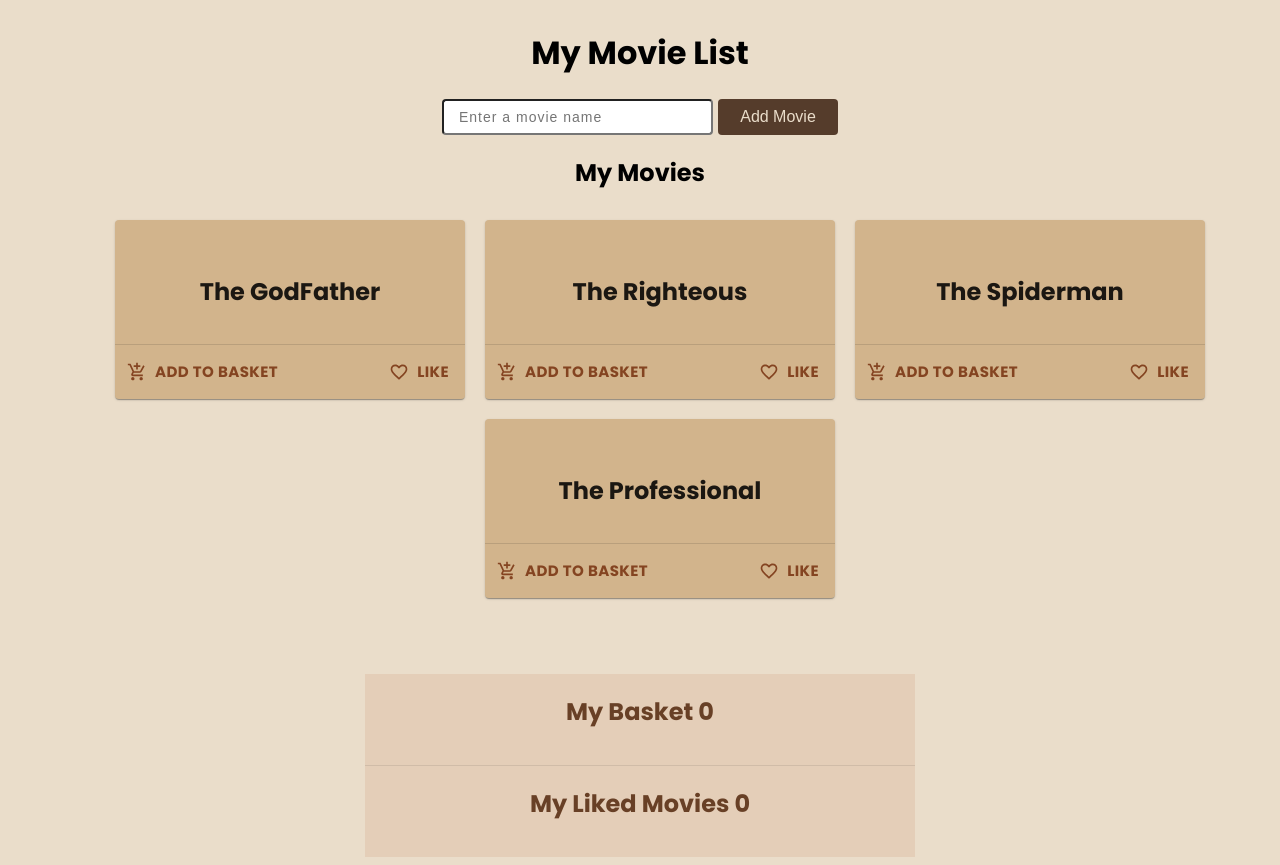
Repository: sinchana-p-iVoyant/redux-movie-store
Page: /
The author's editor kept a copy of each file at every save. The page is drawn from the files as they stood at one save, then again after the next save.
The browser window is 1280 px wide. The pictures show the whole page.
The project was rebuilt for these pictures with package versions that can differ from the ones it lists, and the page was loaded fresh each time. Also part of the build but not shown: vite.config.ts.

Above is the page before, as saved 2024-02-15 13:29:37.

### index.html
<!doctype html>
<html lang="en">
  <head>
    <meta charset="UTF-8" />
    <link rel="icon" type="image/svg+xml" href="/vite.svg" />
    <meta name="viewport" content="width=device-width, initial-scale=1.0" />
    <title>Redux Movie Store</title>
  </head>
  <body>
    <div id="root"></div>
    <script type="module" src="/src/main.tsx"></script>
  </body>
</html>

### src/main.tsx
import React from 'react'
import ReactDOM from 'react-dom/client'
import App from './App.tsx'
// import './index.css'
import store from './store/index';
import { Provider } from 'react-redux'


ReactDOM.createRoot(document.getElementById('root')!).render(
  <React.StrictMode>
    <Provider store={store}>
      <App />
    </Provider>
  </React.StrictMode>,
)

### src/App.tsx
import { useState } from "react";
// import './App.css'
import { useSelector, useDispatch } from "react-redux";
import {Movie} from './store/index'
import {Card, CardComponent, CardActions, Button, Typography, CardContent} from '@mui/material'
import { Favorite, FavoriteBorder, AddShoppingCart, RemoveShoppingCart } from "@mui/icons-material";
import './App.css'

const App = () => {
  const [movieTitle, setMovieTitle] = useState("");

  // 🔥 a. To Trigger from UI.
  const dispatch = useDispatch();

  // 🔥 b. To update the UI, based on state updates in the store.

  // movies state (array)
  // const movies = useSelector(state => state.movies)
  // ------> return value: state.movies

  // Note:
  // The function passed to `useSelector` selects a slice of the state that we are interested in.
  // The function parameter specifies the `structure` of the Redux state object.
  // It's `type` annotated in TypeScript to ensure the type safety.
  // specifying the structure of the Redux state object using TypeScript type annotations enhances code quality, readability, and maintainability while providing additional safety checks and tooling support during development.

  const movies = useSelector(
    (state : {
      movies: { title: string; liked: boolean; inBasket: boolean }[];
    }) => state.movies
  );

  // const basket = useSelector((state) => state.basket);
  const basket = useSelector((state: { basket: string[] }) => state.basket);

  // const likedMovies = useSelector((state) => state.likedMovies);
  const likedMovies = useSelector((state: { likedMovies: string[] }) => state.likedMovies);


  // 4. Action Creator
  const handleAddMovie = () => {
    const newMovie = {
      title: movieTitle,
      inBasket: false,
      liked: false
    }
    dispatch({ type: "ADD_MOVIE", payload: newMovie });
    setMovieTitle(""); // Reset back to Empty String
  };

  const handleAddToBasket = (movie: string) => {
    dispatch({ type: "ADD_TO_BASKET", payload: movie });
  };
  const handleAddToLikedMovies = (movie: string) => {
    dispatch({ type: "ADD_TO_LIKED_MOVIE", payload: movie });
  };

  return (
    <div className="container">
      <div>
        <h1>My Movie List</h1>
      </div>
      <div className="add-movie">
        <input
          type="text"
          placeholder="Enter a movie name"
          value={movieTitle}
          onChange={(e) => setMovieTitle(e.target.value)}
        />
        <button className="input-btn" onClick={handleAddMovie}>Add Movie</button>
      </div>
      <div>
        <h2>My Movies</h2>
        <ul className="movie-list">
          {movies.map((movie: Movie, index) => (
            <Card key={index} className="movie-card" style={{backgroundColor: "#D2B48C"}}>
              <CardContent>
                <Typography variant="h5" component='h2' style={{ fontWeight: 'bold', fontFamily: 'Poppins, sans-serif', marginTop: '40px' }}>
                  {movie.title}
                </Typography>
              </CardContent>

              <CardActions className="card-actions">
                <Button
                  style={{ color: '#844421', fontSize: '15px', fontWeight: 'bold', fontFamily: 'Poppins, sans-serif' }}
                  startIcon={movie.inBasket ? <RemoveShoppingCart /> : <AddShoppingCart />}
                  onClick={() => handleAddToBasket(movie.title)}>
                  {movie.inBasket ? "Remove From Basket" : "Add To Basket"}
                </Button>
                <Button
                  style={{ color: '#844421', fontSize: '15px', fontWeight: 'bold', fontFamily: 'Poppins, sans-serif' }}
                  startIcon={movie.liked ? <Favorite /> : <FavoriteBorder />}
                  onClick={() => handleAddToLikedMovies(movie.title)}>
                  {movie.liked ? "Dislike" : "Like"}
                </Button>
              </CardActions>

            </Card>
          ))}
        </ul>
      </div>
      <div className="basket-container">
        <h2>My Basket {basket.length}</h2>
        <ul className="basket-container-list">
          {basket.map((basket, index) => (
            <li key={index}>{basket}</li>
          ))}
        </ul>
      </div>
      <div className="liked-container">
        <h2>My Liked Movies {likedMovies.length}</h2>
        <ul className="liked-container-list">
          {likedMovies.map((likedMovie, index) => (
            <li key={index}>{likedMovie}</li>
          ))}
        </ul>
      </div>
    </div>
  );
};

export default App;

// 1. Save the new movie in the local state.
// 2. Add the new movie in local state to the Store.
// 3. Fetch the movies array, from the store

// 3. a. To display in - My Basket & My Liked Movies

### src/store/index.tsx
import { createStore } from "redux";

export type Movie = {
    title: string,
    inBasket: boolean,
    liked: boolean
}

export type State = {
    movies: Movie[],
    basket: string[],
    likedMovies: string[]
}

type Action =
  | { type: "ADD_MOVIE"; payload: Movie } |
    { type: 'ADD_TO_BASKET', payload: string } |
    { type: "ADD_TO_LIKED_MOVIE", payload: string };

// InitialState
const initialState: State = {
    movies: [
      {title: 'The GodFather', inBasket: false, liked: false},
      {title: 'The Righteous', inBasket: false, liked: false},
      {title: 'The Spiderman', inBasket: false, liked: false},
      {title: 'The Professional', inBasket: false, liked: false},
    ],
    basket: [],
    likedMovies: []
}

// Reducers - Make Immutable Updates
const reducer = (state: State = initialState, action: Action): State => {
  switch (action.type) {
    case 'ADD_MOVIE':
      return {
        ...state,
        movies: [...state.movies, action.payload]
      }
    case 'ADD_TO_BASKET':
      return {
        ...state,
          movies: state.movies.map(movie => movie.title === action.payload ? {...movie, inBasket: !movie.inBasket } : movie),
        basket: state.basket.includes(action.payload) ? state.basket.filter(movie => movie !== action.payload) : [...state.basket, action.payload]
      }
    case 'ADD_TO_LIKED_MOVIE':
      return {
        ...state,
        movies: state.movies.map(movie => movie.title === action.payload ? {...movie, liked: !movie.liked} : movie) ,
        likedMovies: state.likedMovies.includes(action.payload) ? state.likedMovies.filter(movie => movie !== action.payload) :  [...state.likedMovies, action.payload]
      }
    default:
      return state
  }
}

// Store
const store = createStore(reducer)
export default store

// 1. State
// 2. Reducer
// 3. Store

### src/App.css
@import url('https://fonts.googleapis.com/css2?family=Poppins:ital,wght@0,100;0,200;0,300;0,400;0,500;0,600;0,700;0,800;0,900;1,100;1,200;1,300;1,400;1,500;1,600;1,700;1,800;1,900&display=swap');

body {
  background-color: #EADDCA;
  font-family: "Poppins", sans-serif;
}

h1, h2{
  text-align: center;
}

.container {
  display: flex;
  flex-direction: column;
  align-items: center;
  justify-content: center;
}

.movie-list {
  display: flex;
  flex-wrap: wrap;
  justify-content: center;
}

.movie-card {
  width: 350px;
  margin: 10px;
}

.card-content {
  padding: 16px;
  font-family: "Poppins", sans-serif;
}

.card-actions {
  margin-top: 20px;
  border-top: 1px solid rgba(0, 0, 0, 0.119);
  display: flex;
  justify-content: space-between;
}

/* .btn {
  color: black;
  font-size: 15px;
  font-weight: bold;
} */
.buttonHover:hover {
  background-color: #e0e0e0;
}

/* --- */

input {
  height: 30px;
  width: 250px;
  padding-left: 15px;
  font-size: 14px;
  letter-spacing: 1px;
  border-radius: 4px;
}

.input-btn{
  height: 36px;
  width: 120px;
  font-size: 16px;
  background-color: #553c2b;
  border: none;
  color: #EADDCA;
  margin-left: 5px;
  border-radius: 4px;

}

.input-btn:hover{
  background-color: #ad9a82;
  color: #261509 ;

}

/* ------------------- */

.basket-container {
  margin-top: 50px;
}

.basket-container, .liked-container {
  background-color: #c2805c2a;
  width: 550px;
  /* text-align: center; */
}

.basket-container>h2, .liked-container>h2 {
  color: rgb(104, 64, 38);
}

.basket-container {
  border-bottom: 1px solid rgba(0, 0, 0, 0.085);
}

.basket-container-list, .liked-container-list {
  /* text-align: left; */
  display: flex;
  flex-direction: column;
  justify-content: center;
  align-items: left;

  margin-left: 180px;
}

.basket-container-list li, .liked-container-list li {
  color: rgb(104, 64, 38);
  font-weight: 400;
}



/* #root {
  max-width: 1280px;
  margin: 0 auto;
  padding: 2rem;
  text-align: center;
} */

/*
.logo {
  height: 6em;
  padding: 1.5em;
  will-change: filter;
  transition: filter 300ms;
}
.logo:hover {
  filter: drop-shadow(0 0 2em #646cffaa);
}
.logo.react:hover {
  filter: drop-shadow(0 0 2em #61dafbaa);
}

@keyframes logo-spin {
  from {
    transform: rotate(0deg);
  }
  to {
    transform: rotate(360deg);
  }
}

@media (prefers-reduced-motion: no-preference) {
  a:nth-of-type(2) .logo {
    animation: logo-spin infinite 20s linear;
  }
}

.card {
  padding: 2em;
}

.read-the-docs {
  color: #888;
} */

/* ------------------------- */

After the next save:
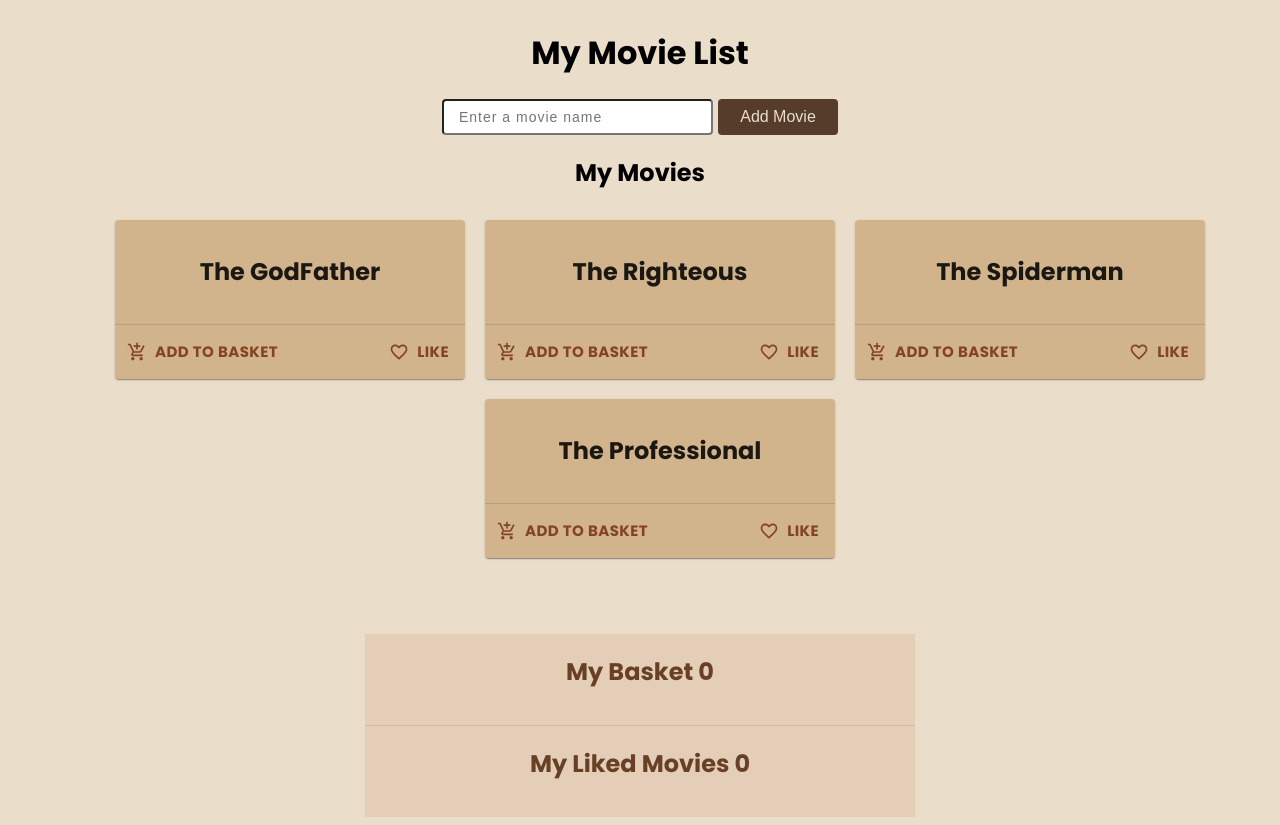
Saved 10 s later.
--- a/src/App.tsx
+++ b/src/App.tsx
@@ -75,7 +75,7 @@ const App = () => {
           {movies.map((movie: Movie, index) => (
             <Card key={index} className="movie-card" style={{backgroundColor: "#D2B48C"}}>
               <CardContent>
-                <Typography variant="h5" component='h2' style={{ fontWeight: 'bold', fontFamily: 'Poppins, sans-serif', marginTop: '40px' }}>
+                <Typography variant="h5" component='h2' style={{ fontWeight: 'bold', fontFamily: 'Poppins, sans-serif', marginTop: '20px' }}>
                   {movie.title}
                 </Typography>
               </CardContent>
